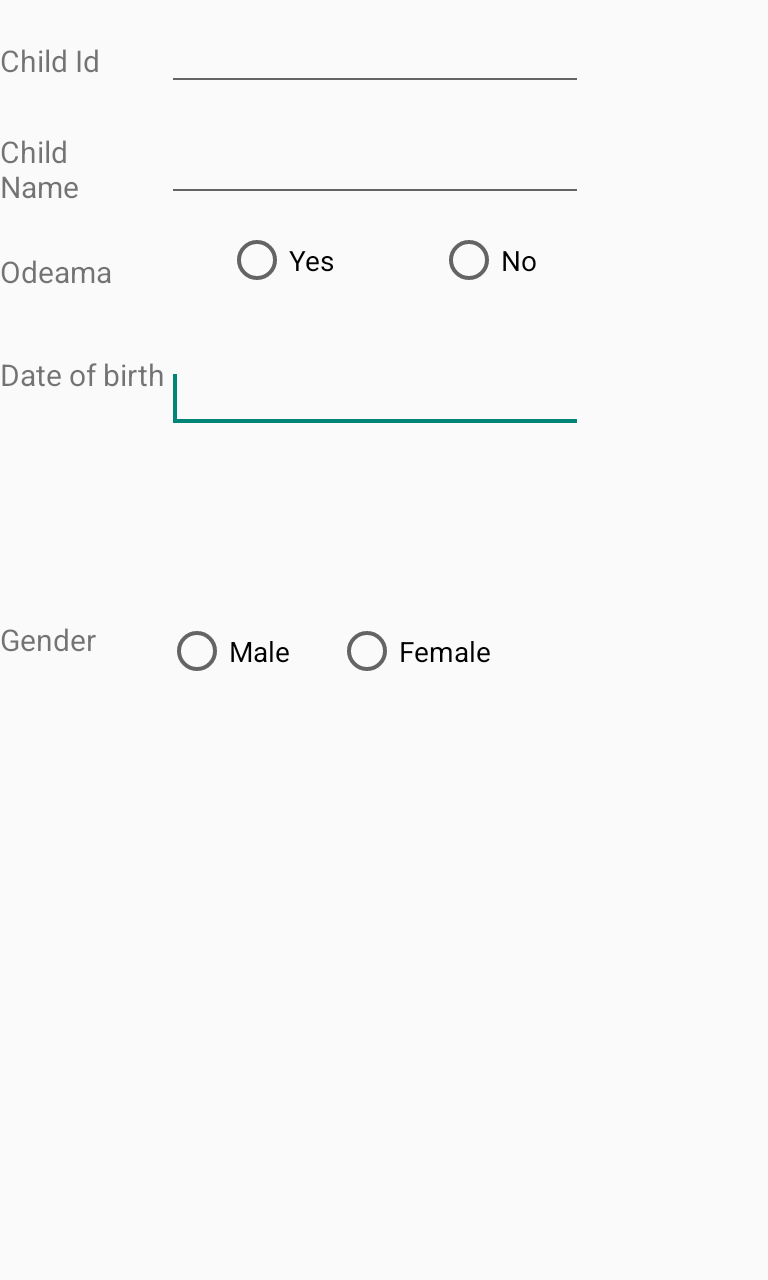
Repository: Team-7/hopeworldwide
Layout: workspace/HopeWWdatabase/res/layout/activity_main.xml
These files come from the project's save history. The layout is drawn as it stood at one moment and after the next save; the edit follows.
It is drawn on a 768 x 1280 px phone screen (xhdpi) without system bars, with theme AppTheme; the app's code is not run.

Above is the layout before, as saved 2014-04-10 08:47:12.

### workspace/HopeWWdatabase/res/layout/activity_main.xml
<FrameLayout xmlns:android="http://schemas.android.com/apk/res/android"
    xmlns:tools="http://schemas.android.com/tools"
    android:id="@+id/container"
    android:layout_width="match_parent"
    android:layout_height="match_parent"
    tools:context="com.dhliwayok.hopewwdatabase.MainActivity"
    tools:ignore="MergeRootFrame" >

    <RelativeLayout
        android:layout_width="match_parent"
        android:layout_height="match_parent" >

        <TextView
            android:id="@+id/textView1"
            android:layout_width="wrap_content"
            android:layout_height="wrap_content"
            android:layout_alignParentLeft="true"
            android:layout_alignParentTop="true"
            android:layout_marginTop="20dp"
            android:text="Child Id"
            android:textSize="15sp" />

        <TextView
            android:id="@+id/textView2"
            android:layout_width="wrap_content"
            android:layout_height="wrap_content"
            android:layout_alignRight="@+id/textView1"
            android:layout_below="@+id/textView1"
            android:layout_marginTop="25dp"
            android:text="Child Name"
            android:textSize="15sp" />

        <TextView
            android:id="@+id/textView3"
            android:layout_width="wrap_content"
            android:layout_height="wrap_content"
            android:layout_alignParentLeft="true"
            android:layout_below="@+id/textView2"
            android:layout_marginTop="22dp"
            android:text="Odeama"
            android:textSize="15sp" />

        <TextView
            android:id="@+id/textView4"
            android:layout_width="wrap_content"
            android:layout_height="wrap_content"
            android:layout_alignParentLeft="true"
            android:layout_below="@+id/textView3"
            android:layout_marginTop="31dp"
            android:text="Date of birth"
            android:textSize="15sp" />

        <TextView
            android:id="@+id/textView5"
            android:layout_width="wrap_content"
            android:layout_height="wrap_content"
            android:layout_alignParentLeft="true"
            android:layout_centerVertical="true"
            android:text="Gender"
            android:textSize="15sp" />

        <EditText
            android:id="@+id/editText1"
            android:layout_width="wrap_content"
            android:layout_height="wrap_content"
            android:layout_alignBaseline="@+id/textView1"
            android:layout_alignBottom="@+id/textView1"
            android:layout_toRightOf="@+id/textView4"
            android:ems="10"
            android:inputType="number" />

        <EditText
            android:id="@+id/editText2"
            android:layout_width="wrap_content"
            android:layout_height="wrap_content"
            android:layout_above="@+id/textView3"
            android:layout_toRightOf="@+id/textView4"
            android:ems="10"
            android:inputType="textPersonName" />

        <RadioButton
            android:id="@+id/radioButton2"
            android:layout_width="wrap_content"
            android:layout_height="wrap_content"
            android:layout_alignBaseline="@+id/radioButton1"
            android:layout_alignBottom="@+id/radioButton1"
            android:layout_alignRight="@+id/editText2"
            android:layout_marginRight="24dp"
            android:text="No" />

        <RadioButton
            android:id="@+id/radioButton1"
            android:layout_width="wrap_content"
            android:layout_height="wrap_content"
            android:layout_above="@+id/textView4"
            android:layout_alignLeft="@+id/editText2"
            android:layout_marginLeft="30dp"
            android:text="Yes" />

        <EditText
            android:id="@+id/editText3"
            android:layout_width="wrap_content"
            android:layout_height="wrap_content"
            android:layout_alignLeft="@+id/editText2"
            android:layout_alignTop="@+id/textView4"
            android:ems="10"
            android:inputType="date" >

            <requestFocus />
        </EditText>

        <RadioButton
            android:id="@+id/radioButton3"
            android:layout_width="wrap_content"
            android:layout_height="wrap_content"
            android:layout_alignTop="@+id/textView5"
            android:layout_toRightOf="@+id/textView4"
            android:text="Male" />

        <RadioButton
            android:id="@+id/radioButton4"
            android:layout_width="wrap_content"
            android:layout_height="wrap_content"
            android:layout_alignBottom="@+id/radioButton3"
            android:layout_toRightOf="@+id/radioButton1"
            android:text="Female" />

    </RelativeLayout>

</FrameLayout>

Loaded but not shown: workspace/HopeWWdatabase/res/values/styles.xml (common file); workspace/HopeWWdatabase/res/values-v11/styles.xml (common file); workspace/HopeWWdatabase/res/values-v14/styles.xml (common file)

After the next save:
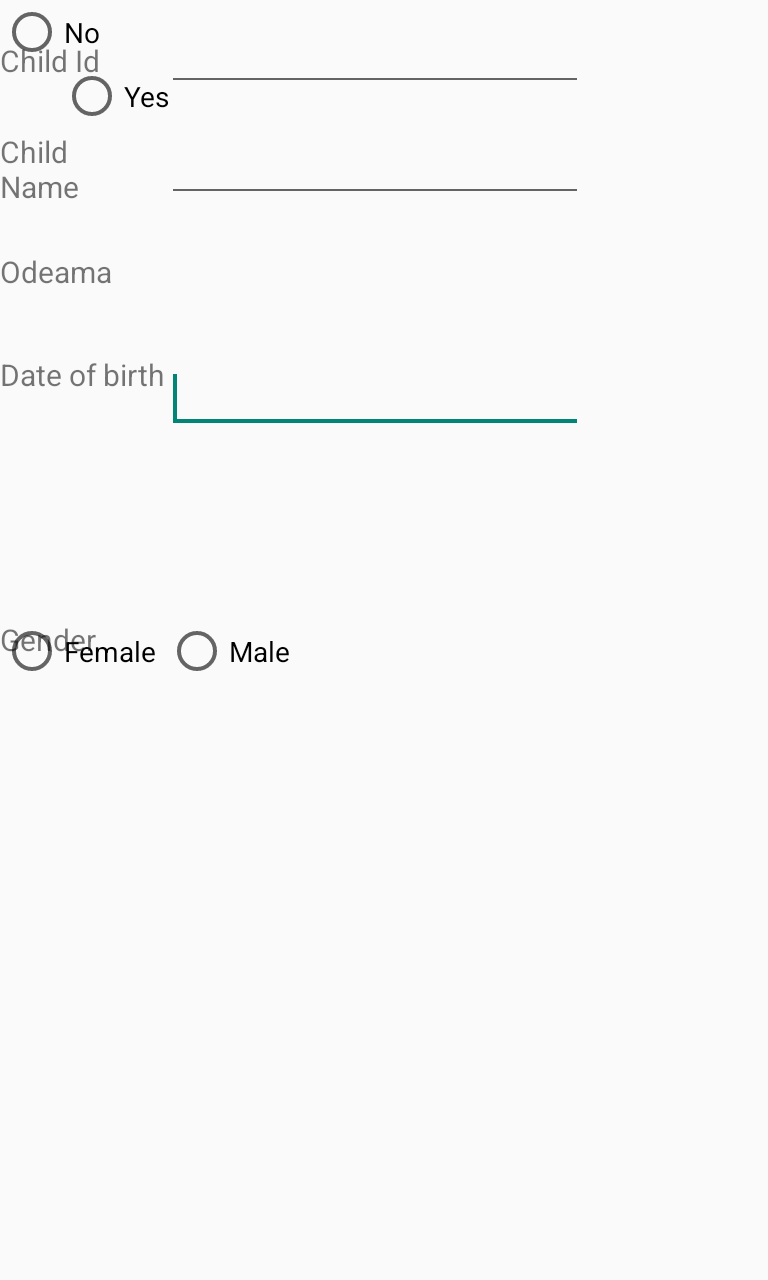
Saved 24 min 38 s later.
--- a/workspace/HopeWWdatabase/res/layout/activity_main.xml
+++ b/workspace/HopeWWdatabase/res/layout/activity_main.xml
@@ -77,7 +77,10 @@
             android:layout_toRightOf="@+id/textView4"
             android:ems="10"
             android:inputType="textPersonName" />
-
+<RadioGroup
+    	android:id="@+id/radioGender"
+        android:layout_width="wrap_content"
+        android:layout_height="wrap_content" >
         <RadioButton
             android:id="@+id/radioButton2"
             android:layout_width="wrap_content"
@@ -96,6 +99,7 @@
             android:layout_alignLeft="@+id/editText2"
             android:layout_marginLeft="30dp"
             android:text="Yes" />
+  </RadioGroup>
 
         <EditText
             android:id="@+id/editText3"
